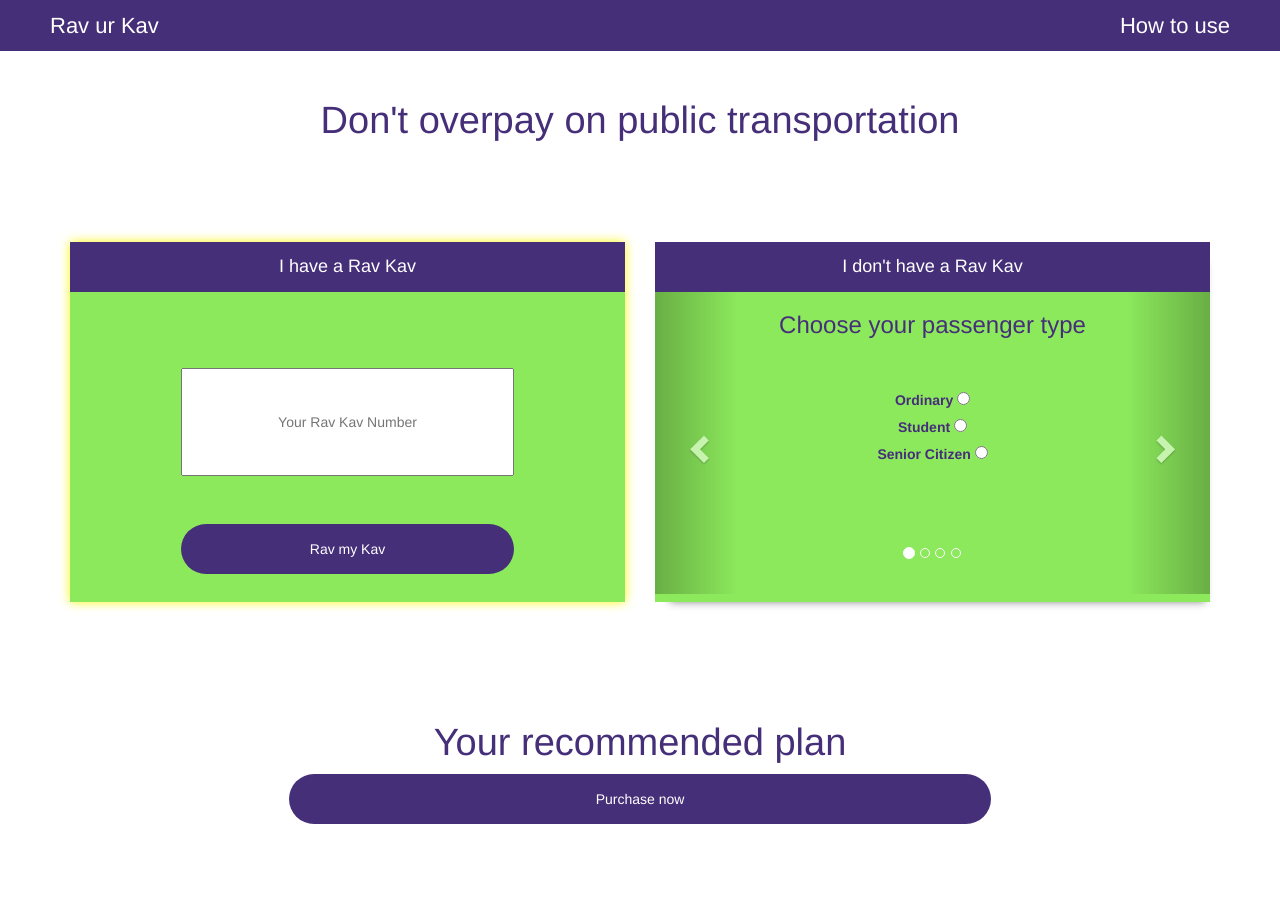
Repository: Louhla/Rav-ur-Kav
Page: index.html
An editor plug-in stored every save of this project. The page is shown before and after a run of saves, followed by the edit.
The browser window is 1280 px wide. The pictures show the whole page.

Above is the page before, as saved 2019-07-18 13:53:54.

After the next 2 saves:
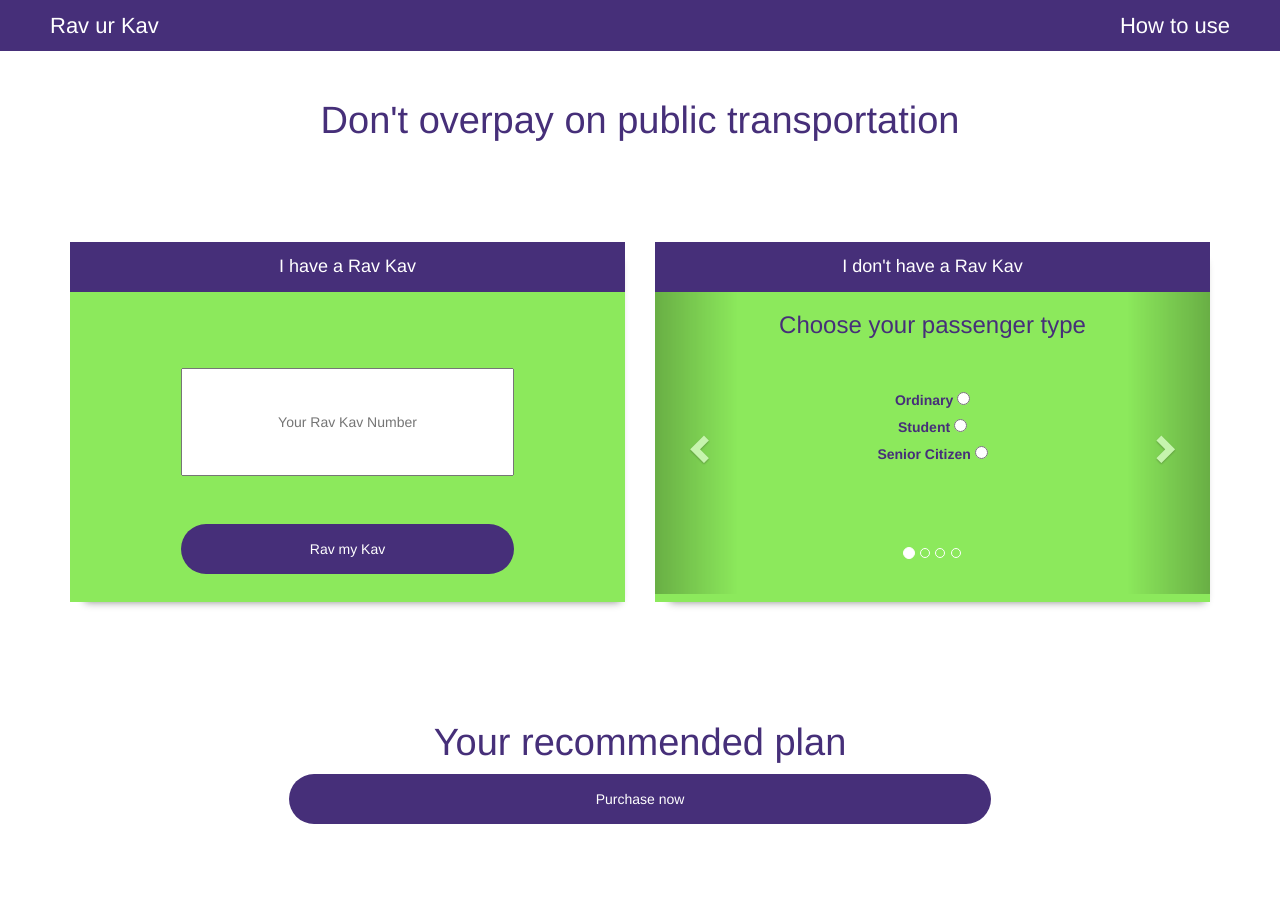
The 2 saves are shown as one change because they came seconds apart.
The last was saved 3 min 20 s later.
--- a/css/rav-ur-kav.css
+++ b/css/rav-ur-kav.css
@@ -145,9 +145,7 @@ body {
     flex-direction: column;
     text-align: center;
     height: 50vh;
-    border-color: #faf60b;
-    box-shadow: 0 0 10px #faf60b;
-    /* box-shadow: 5px 10px 8px -10px #888888; */
+    box-shadow: 5px 10px 8px -10px #888888;
 }
 .new-user{
     background-color: #8CE95C;
